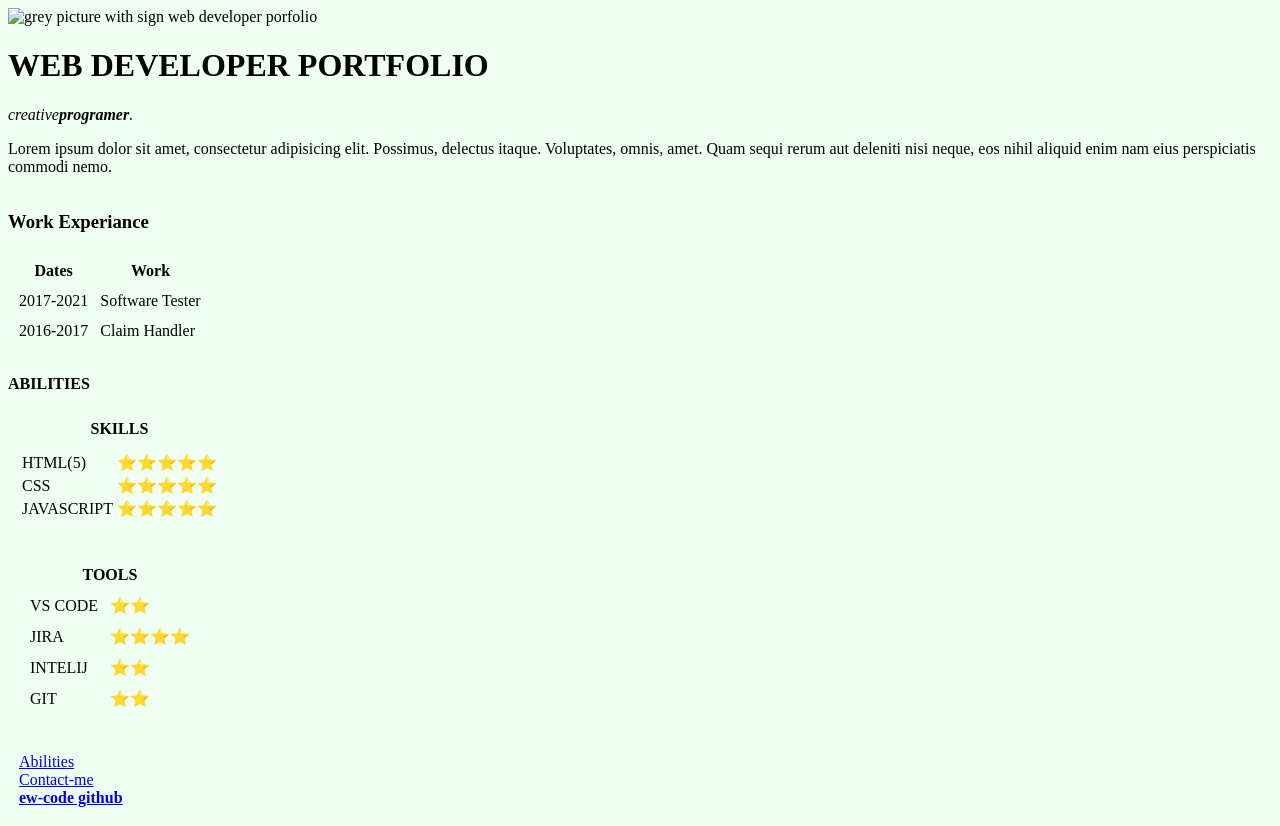
Repository: ew-code/Web-Development
Page: HTML - Personal Site/index.html
These files come from the project's save history. The page is drawn as it stood at one moment and after a run of saves; the edit follows.
The browser window is 1280 px wide. The pictures show the whole page.

Above is the page before, as saved 2021-01-05 21:42:47.

### HTML - Personal Site/index.html
<!DOCTYPE html>
<html lang="en" dir="ltr">

<style>

   body {
      background-color: #f0fff3;
   }

   hr {
     background-color: white;
     border-style: none;
     h
   }
</style>


<head>
  <meta charset="utf-8"> <!-- dopracować meta description dla silników wyszukiwarek-->
  <title>ew-code</title>
</head>

<body
  <table cellspacing="20">
    <tr>
      <td><img src="" alt="grey picture with sign web developer porfolio"></td>
      <td>
        <h1>WEB DEVELOPER PORTFOLIO</h1>
      </td>
      <td>
        <p><em>creative<strong>programer</strong>.</em></p>
        <p>Lorem ipsum dolor sit amet, consectetur adipisicing elit. Possimus, delectus itaque. Voluptates, omnis, amet.
          Quam sequi rerum aut deleniti nisi neque, eos nihil aliquid enim nam eius perspiciatis commodi nemo.</p>
      </td>
    </tr>
  </table>

  <hr>

  <h3>Work Experiance</h3>
  <table cellspacing="10">
    <thead>
      <tr>
        <th>Dates</th>
        <th>Work</th>
      </tr>
    </thead>
    <tbody>
      <tr>
        <td>2017-2021</td>
        <td>Software Tester</td>
      </tr>
    </tbody>
    <tbody>
      <tr>
        <td>2016-2017</td>
        <td>Claim Handler</td>
      </tr>
    </tbody>
  </table>
  <hr>

    <p><strong>ABILITIES</strong></p>

  <table cellspacing="10">
    <thead>
      <tr>
        <th colspan="2">SKILLS</th>
      </tr>
    </thead>
    <tr>
      <td>
        <table>
          <tr>
            <td>HTML(5)</td>
            <td>⭐⭐⭐⭐⭐</td>
          </tr>
          <tr>
            <td>CSS</td>
            <td>⭐⭐⭐⭐⭐</td>
          </tr>
          <tr>
            <td>JAVASCRIPT</td>
            <td>⭐⭐⭐⭐⭐</td>
          </tr>
        </table>

        <br>
      <hr>
        <table cellspacing="10">
          <thead>
            <tr>
              <th colspan="2">TOOLS</th>
            </tr>
          </thead>
          <tbody>
            <tr>
              <td>VS CODE</td>
              <td>⭐⭐</td>
            </tr>
            <tr>
              <td>JIRA</td>
              <td>⭐⭐⭐⭐</td>
            </tr>
            <tr>
              <td>INTELIJ</td>
              <td>⭐⭐</td>
            </tr>
            <tr>
              <td>GIT</td>
              <td>⭐⭐</td>
            </tr>
          </tbody>
        </table>
  <br>
  <hr>
  <a href="abilities.html">Abilities</a>
  <br>
  <a href="contact.html">Contact-me</a>
  <br>
  <strong><a href="https://github.com/ew-code">ew-code github</a></strong>
</body>

</html>

After the next 3 saves:
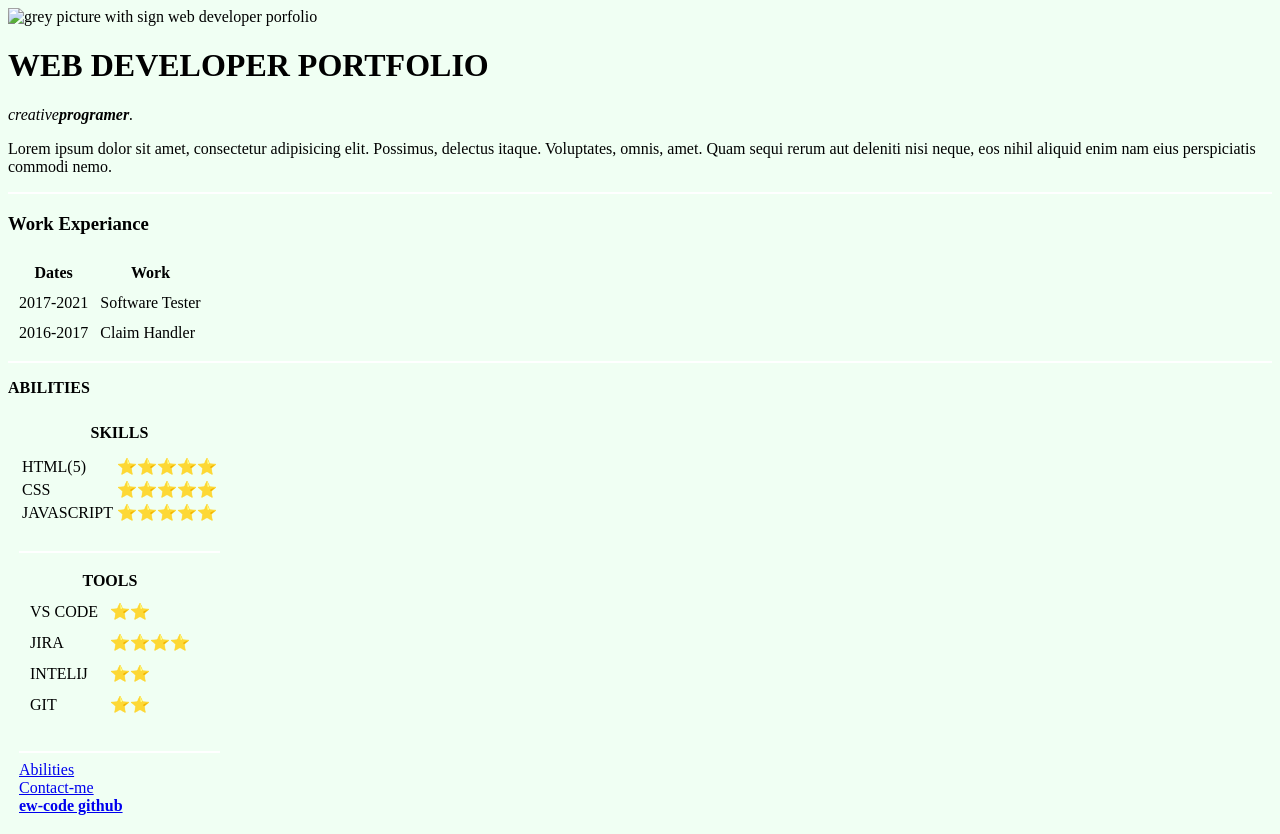
The 3 saves are shown as one change because they came seconds apart.
The last was saved 7 s later.
--- a/HTML - Personal Site/index.html
+++ b/HTML - Personal Site/index.html
@@ -10,7 +10,7 @@
    hr {
      background-color: white;
      border-style: none;
-     h
+     height: 2px;
    }
 </style>
 
